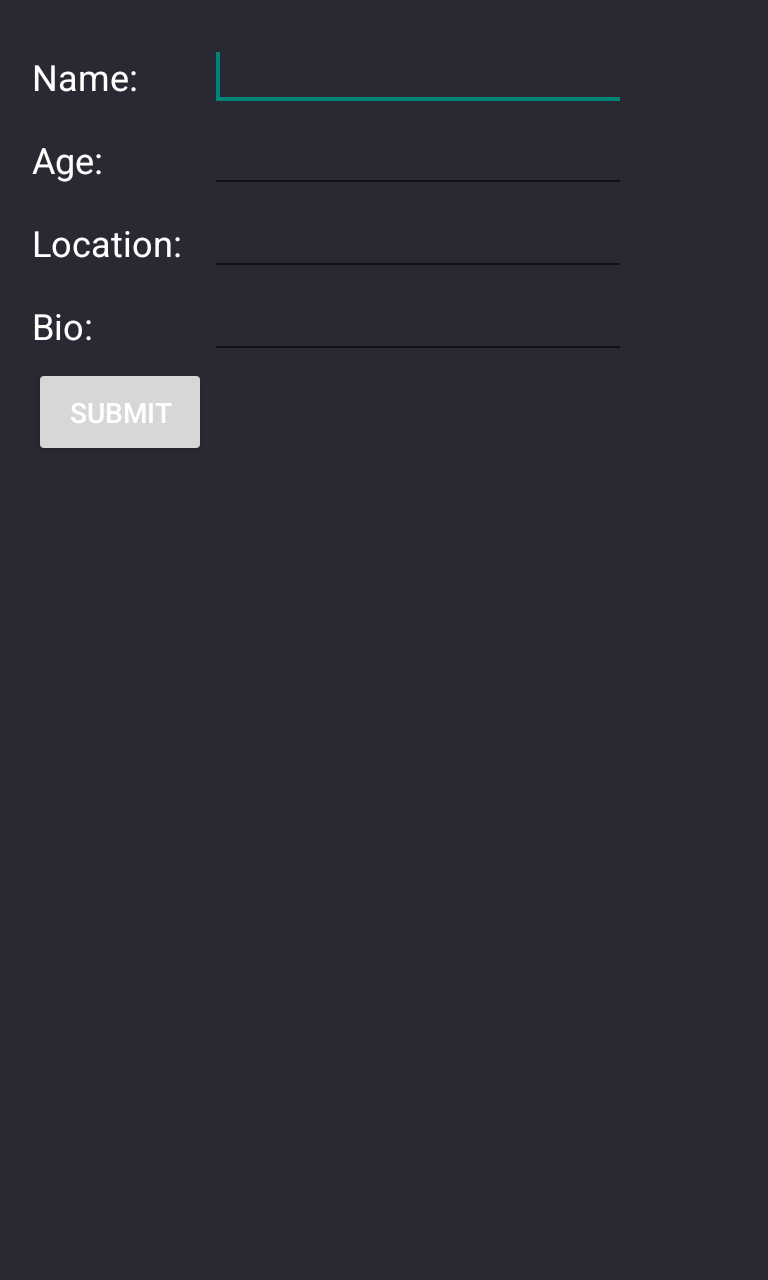
Repository: SageMantis/SeniorProjectGrouple
Layout: client/Grouple/res/layout/activity_edit_profile.xml
These files come from the project's save history. The layout is drawn as it stood at one moment and after the next save; the edit follows.
It is drawn on a 768 x 1280 px phone screen (xhdpi) without system bars, with theme AppBaseTheme; the app's code is not run.

Above is the layout before, as saved 2014-11-05 04:45:39.

### client/Grouple/res/layout/activity_edit_profile.xml
<TableLayout xmlns:android="http://schemas.android.com/apk/res/android"
    xmlns:tools="http://schemas.android.com/tools"
    android:id="@+id/TableLayout1"
    android:layout_width="match_parent"
    android:layout_height="match_parent"
    android:background="@color/background_color"
    android:paddingBottom="@dimen/activity_vertical_margin"
    android:paddingLeft="@dimen/activity_horizontal_margin"
    android:paddingRight="@dimen/activity_horizontal_margin"
    android:paddingTop="@dimen/activity_vertical_margin"
    tools:context="cs460.grouple.grouple.EditProfileActivity" >

    <TableRow
        android:id="@+id/tableRow1"
        android:layout_width="wrap_content"
        android:layout_height="wrap_content" >

        <TextView
            android:id="@+id/textView1"
            android:layout_width="wrap_content"
            android:layout_height="wrap_content"
            android:text="Name:"
            android:textAppearance="?android:attr/textAppearanceMedium"
            android:textColor="@color/text_color" />

        <EditText
            android:id="@+id/nameEditTextEPA"
            android:layout_width="wrap_content"
            android:layout_height="wrap_content"
            android:ems="10"
            android:textColor="@color/text_color" >

            <requestFocus />
        </EditText>

    </TableRow>

    <TableRow
        android:id="@+id/tableRow2"
        android:layout_width="wrap_content"
        android:layout_height="wrap_content" >

        <TextView
            android:id="@+id/textView2"
            android:layout_width="wrap_content"
            android:layout_height="wrap_content"
            android:text="Age:"
            android:textAppearance="?android:attr/textAppearanceMedium"
            android:textColor="@color/text_color" />

        <EditText
            android:id="@+id/ageEditTextEPA"
            android:layout_width="wrap_content"
            android:layout_height="wrap_content"
            android:ems="10"
            android:textColor="@color/text_color" />

    </TableRow>

    <TableRow
        android:id="@+id/tableRow3"
        android:layout_width="wrap_content"
        android:layout_height="wrap_content" >

        <TextView
            android:id="@+id/textView3"
            android:layout_width="wrap_content"
            android:layout_height="wrap_content"
            android:text="Location:"
            android:textAppearance="?android:attr/textAppearanceMedium"
            android:textColor="@color/text_color" />

        <EditText
            android:id="@+id/locationEditTextEPA"
            android:layout_width="wrap_content"
            android:layout_height="wrap_content"
            android:ems="10"
            android:textColor="@color/text_color" />

    </TableRow>

    <TableRow
        android:id="@+id/tableRow4"
        android:layout_width="wrap_content"
        android:layout_height="wrap_content" >

        <TextView
            android:id="@+id/bioTextViewEPA"
            android:layout_width="wrap_content"
            android:layout_height="wrap_content"
            android:text="Bio:"
            android:textAppearance="?android:attr/textAppearanceMedium"
            android:textColor="@color/text_color" />

        <EditText
            android:id="@+id/bioEditTextEPA"
            android:layout_width="wrap_content"
            android:layout_height="wrap_content"
            android:ems="10"
            android:inputType="textMultiLine"
            android:textColor="@color/text_color" />

    </TableRow>

    <TableRow
        android:id="@+id/tableRow5"
        android:layout_width="wrap_content"
        android:layout_height="wrap_content" >

        <Button
            android:id="@+id/submitButtonEPA"
            android:layout_width="wrap_content"
            android:layout_height="wrap_content"
            android:onClick="submitButton"
            android:text="Submit"
            android:textColor="@color/text_color" />

        <TextView
            android:id="@+id/resultTextViewEPA"
            android:layout_width="wrap_content"
            android:layout_height="wrap_content"
            android:textAppearance="?android:attr/textAppearanceSmall" />

    </TableRow>

</TableLayout>

### client/Grouple/res/values/strings.xml
<?xml version="1.0" encoding="utf-8"?>
<resources>

    <string name="app_name">Grouple</string>
    <string name="currentUser"></string>
    <string name="loginTextView">Login</string>
    <string name="registerTextView">Register</string>
    <string name="homeTextView">Grouple</string>
    <string name="userTextView">User Profile</string>
    <string name="groupsTextView">Groups</string>
    <string name="emailEditText">Enter email</string>
    <string name="passwordEditText">Enter password</string>
    <string name="rePasswordEditText">Re-Enter Password</string>
    <string name="fNameEditText">Enter First Name</string>
    <string name="lNameEditText">Enter Last Name</string>
    <string name="loginButton">Login</string>
    <string name="registerButton">Register</string>
    <string name="action_settings">Settings</string>
    <string name="title_activity_home">Grouple Home</string>
    <string name="eventsTextView">Events</string>
    <string name="eventsButton">Events</string>
    <string name="groupsButton">Groups</string>
    <string name="backButton">Back</string>
    <string name="logoutButton">Logout</string>
    <string name="createGroupButton">Create Group</string>
    <string name="yourGroupsButton">Your Current Groups (8)</string>
    <string name="pendingGroupsButton">Pending Invites</string>
    <string name="createEventButton">Create Event</string>
    <string name="unconfirmedEventsButton">Unconfirmed Events (2)</string>
    <string name="upcomingEventsButton">Upcoming Events (3)</string>
    <string name="pastEventsButton">Past Events (22)</string>
    <string name="userButton">User</string>
    <string name="noFriendRequestsTextView">No friend requests to display!</string>
    <string name="homeButton">Home</string>
    <string name="title_activity_user">User Profile</string>
    <string name="title_activity_groups">Groups</string>
    <string name="title_activity_events">Events</string>
    <string name="title_activity_register">Registery</string>
    <string name="hello_world">Hello world!</string>
    <string name="loginFailString">Incorrect Email or Password!</string>
    <string name="title_activity_friends">Friends</string>
    <string name="title_activity_add_friend">Add Friend</string>
    <string name="title_activity_current_friends">Friends</string>
    <string name="title_activity_friend_requests">Friend Requests</string>
    <string name="title_activity_resources">Resources</string>
    <string name="title_activity_global">Global</string>
    <string name="editProfilePhotoButton">Edit Photo</string>
    <string name="title_activity_settings">SettingsActivity</string>
    <string name="title_activity_messages">MessagesActivity</string>

    <color name="background_color">#292933</color>
    <color name="text_color">#FFFFFF</color>
    <color name="button_background_color">#292933</color>
    <color name="button_border_color">#FFFFFF</color>

    <string name="title_activity_edit_profile">EditProfileActivity</string>

</resources>

### client/Grouple/res/drawable-hdpi/button_border.xml
<shape xmlns:android="http://schemas.android.com/apk/res/android">
  	<solid android:color="@color/button_background_color" />
    <stroke android:width="2dip" android:color="@color/button_border_color" />
    <corners android:radius="20dip"/>

</shape>

Loaded but not shown: client/Grouple/res/values-v11/styles.xml (common file); client/Grouple/res/values-v14/styles.xml (common file); client/Grouple/res/values/styles.xml (common file); client/Grouple/res/values/dimens.xml (common file); client/Grouple/res/values-w820dp/dimens.xml (common file)

After the next save:
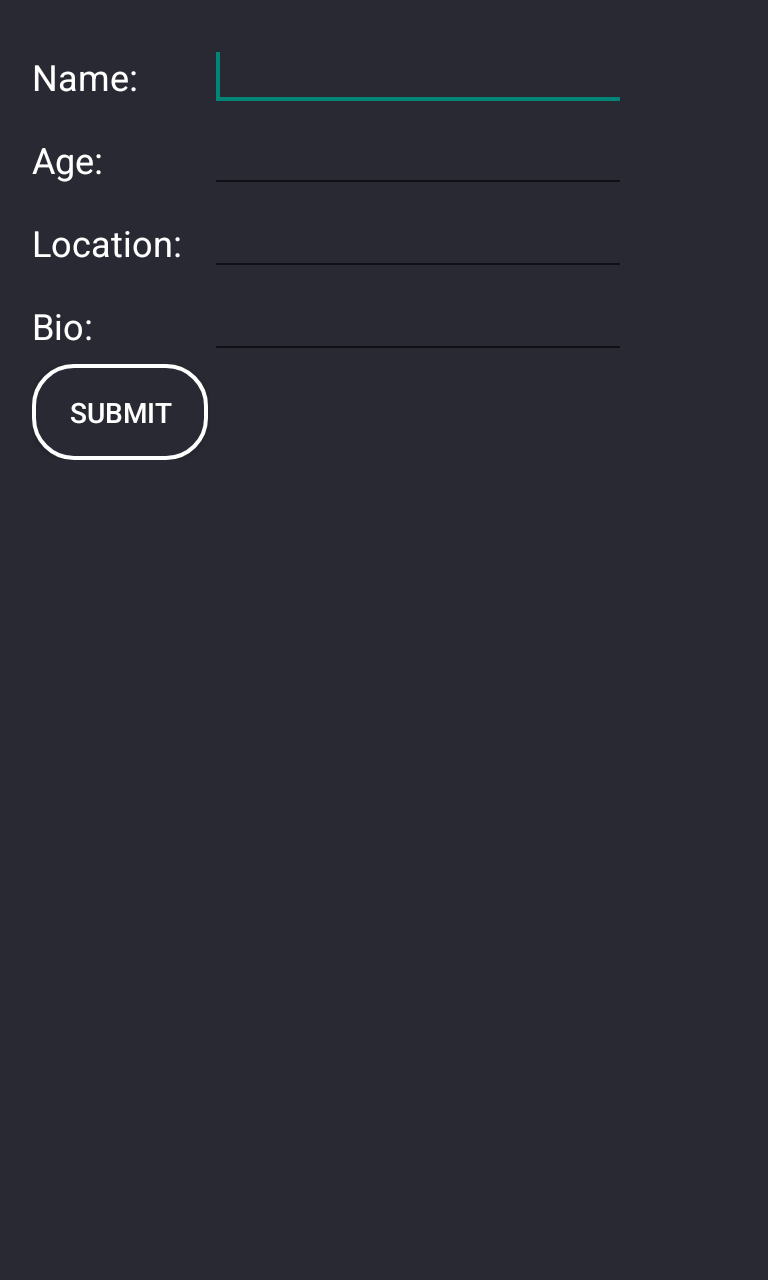
Saved 28 s later.
--- a/client/Grouple/res/layout/activity_edit_profile.xml
+++ b/client/Grouple/res/layout/activity_edit_profile.xml
@@ -111,6 +111,7 @@
             android:id="@+id/submitButtonEPA"
             android:layout_width="wrap_content"
             android:layout_height="wrap_content"
+            android:background="@drawable/button_border"
             android:onClick="submitButton"
             android:text="Submit"
             android:textColor="@color/text_color" />
